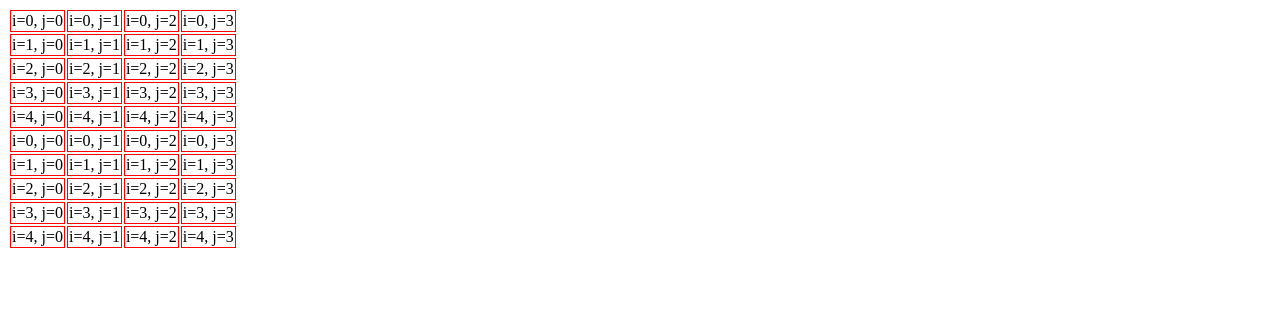
Repository: MySunTY/JSP
Page: http://localhost/JSP07/table.jsp
The author's editor kept a copy of each file at every save. The page is drawn from the files as they stood at one save, then again after the next save.
The browser window is 1280 px wide. The pictures show the whole page.
The page is served by Tomcat 9.

Above is the page before, as saved 2024-05-16 05:15:43.

### JSP07/src/main/webapp/table.jsp
<%@ page language="java" contentType="text/html; charset=utf-8"
    pageEncoding="utf-8"%>
<!DOCTYPE html>
<html>
	<head>
		<meta charset="utf-8">
		<title>테이블 제작</title>
		<style>
			tr, td{
				border : 1px solid black;
			}
		</style>
	</head>
	<body>
		<table>
			<thead></thead>
			<tbody>
				<tr>
					<td>i=0, j=0</td>
					<td>i=0, j=1</td>
					<td>i=0, j=2</td>
					<td>i=0, j=3</td>
				</tr>
				<tr>
					<td>i=1, j=0</td>
					<td>i=1, j=1</td>
					<td>i=1, j=2</td>
					<td>i=1, j=3</td>
				</tr>
				<tr>
					<td>i=2, j=0</td>
					<td>i=2, j=1</td>
					<td>i=2, j=2</td>
					<td>i=2, j=3</td>
				</tr>
				<tr>
					<td>i=3, j=0</td>
					<td>i=3, j=1</td>
					<td>i=3, j=2</td>
					<td>i=3, j=3</td>
				</tr>
				<tr>
					<td>i=4, j=0</td>
					<td>i=4, j=1</td>
					<td>i=4, j=2</td>
					<td>i=4, j=3</td>
				</tr>

				<%
					for(int i =0 ; i<5; i++){
						out.print("<tr>");
						for(int j=0 ; j<4;j++){
							out.print("<td>");
								out.print("i="+i+", j="+j);
							out.print("</td>");

						}//forj
						out.print("</tr>");
					}//fori
				%>

			</tbody>


		</table>
		<script>
			let tds= document.getElementsByTagName("td");
			for(let i= 0 ; i<tds.length; i++){
				tds[i].setAttribute("style","border:1px solid red");

			}
		</script>

	</body>
</html>

After the next save:
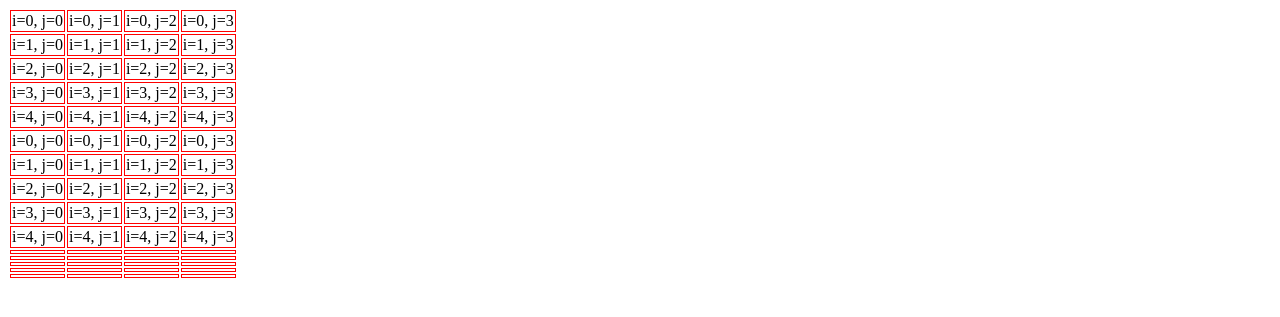
Saved 1 s later.
--- a/JSP07/src/main/webapp/table.jsp
+++ b/JSP07/src/main/webapp/table.jsp
@@ -59,6 +59,26 @@
 					}//fori
 				%>
 
+
+				<%
+					for(int i = 0 ; i<5; i++){
+				%>
+					<tr>
+				<%
+						for(int j = 0 ; j<4;j++){
+				%>
+							<td></td>
+				<%
+
+
+						}// for j
+
+				%>
+				<%
+					}//for i
+
+				%>
+
 			</tbody>
 
 
@@ -69,6 +89,7 @@
 				tds[i].setAttribute("style","border:1px solid red");
 
 			}
+		 <%--	자바 css html 자바스크립트 순으로 실행 --%>
 		</script>
 
 	</body>
